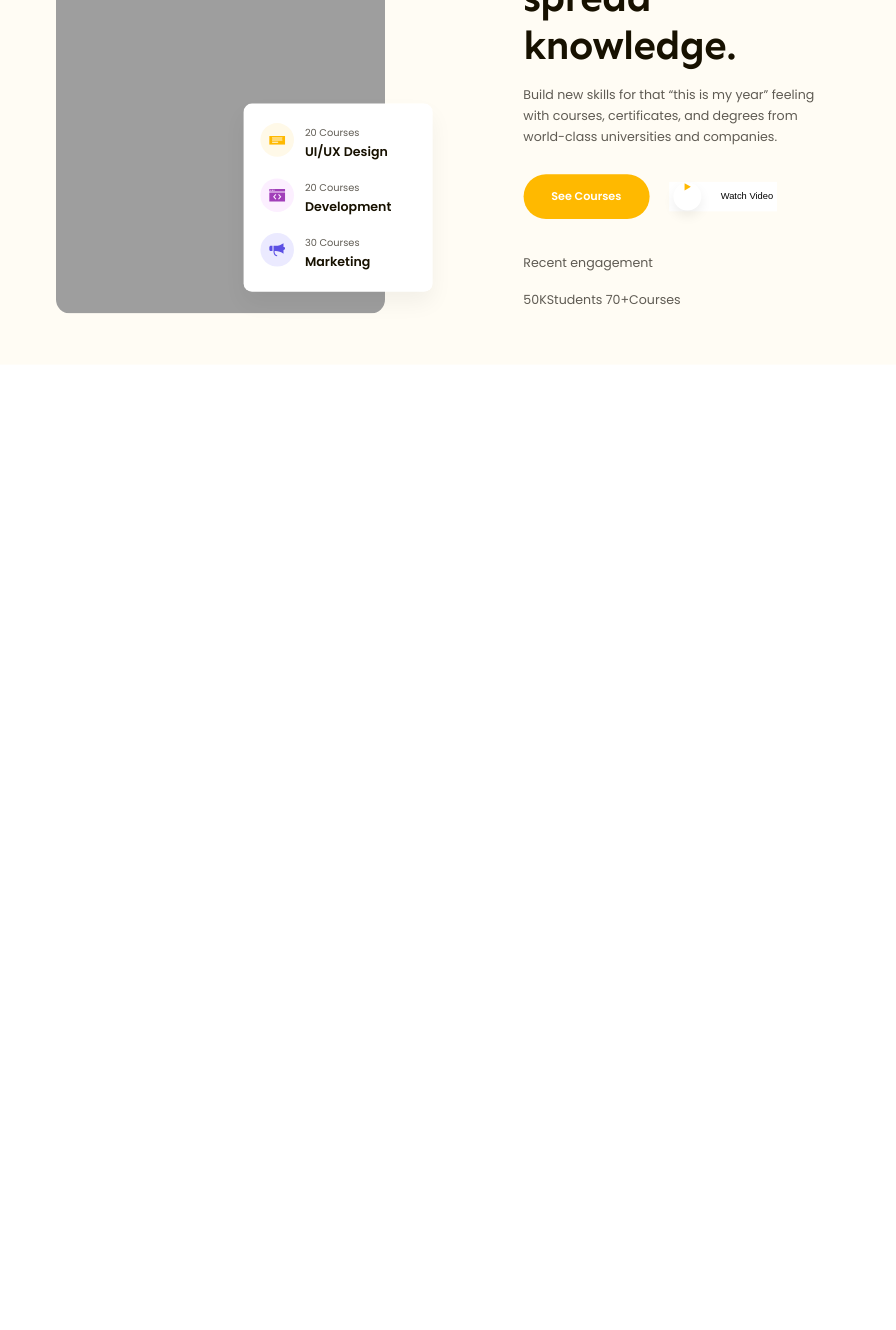
Repository: dovanlanh/f8-project-02
Page: index.html
The author's editor kept a copy of each file at every save. The page is drawn from the files as they stood at one save, then again after the next save.
The browser window is 1280 px wide. The pictures show the part of the page from y = 387 to 2287 px (the page is 10000 px tall), at 70% of full size.
Pictures or frames that could not be fetched are drawn as grey boxes.

Above is the page before, as saved 2023-02-05 11:40:26.

### index.html
<!DOCTYPE html>
<html lang="en">
<head>
    <meta charset="UTF-8">
    <meta http-equiv="X-UA-Compatible" content="IE=edge">
    <meta name="viewport" content="width=device-width, initial-scale=1.0">
    <title>F8 Project 02</title>
    <!-- reset css -->
    <link rel="stylesheet" href="./assets/css/reset.css">
    <!-- embed fonts -->
    <link rel="preconnect" href="https://fonts.googleapis.com">
    <link rel="preconnect" href="https://fonts.gstatic.com" crossorigin>
    <link href="https://fonts.googleapis.com/css2?family=Poppins:ital,wght@0,400;0,500;0,600;0,700;1,400&family=Sen:wght@700&display=swap" rel="stylesheet">
    <!-- style -->
    <link rel="stylesheet" href="./assets/css/styles.css">
</head>
<body>
    <main style=" height: 10000px">
        <!-- header  -->
        <header class="header fixed">
            <div class="main-content">
                    <div class="body">
                        <!-- logo -->
                        <img src="./assets/img/Lesson.svg" alt="Lesson" class="Logo">
                        <!-- nav -->
                        <nav class="nav">
                            <ul>
                                <li class="active">
                                    <a href="#!">Home</a>
                                </li>
                                <li>
                                    <a href="#!">Courses</a>
                                </li>
                                <li>
                                    <a href="#!">Pricing</a>
                                </li>
                                <li>
                                    <a href="#!">Reviews</a>
                                </li>
                            </ul>
                        </nav>
                        <!-- active -->
                        <div class="action">
                            <a href="#!" class="btn sign-up-btn">Sign Up</a>
                        </div>
                    </div>
            </div>
        </header>
        <!-- Hero -->
        <div class="hero">
            <div class="main-content">
                <div class="body">
                    <!-- Hero left -->
                    <div class="media-block">
                        <img src="./assets/img/guy-lesson.svg" alt="" class="img">
                        <div class="hero-summary">
                            <div class="item">
                                <div class="icon">
                                    <img src="./assets/img/list-icon1.svg" alt="">
                                </div>
                                <div class="info">
                                    <p class="label">20 Courses</p>
                                    <p class="tittle">UI/UX Design</p>
                                </div>
                            </div>
                            <div class="item">
                                <div class="icon">
                                    <img src="./assets/img/list-icon2.svg" alt="">
                                </div>
                                <div class="info">
                                    <p class="label">20 Courses</p>
                                    <p class="tittle">Development</p>
                                </div>
                            </div>
                            <div class="item">
                                <div class="icon">
                                    <img src="./assets/img/list-icon3.svg" alt="">
                                </div>
                                <div class="info">
                                    <p class="label">30 Courses</p>
                                    <p class="tittle">Marketing</p>
                                </div>
                            </div>
                        </div>
                    </div>
                    <!-- hero-right -->
                    <div class="content-block">
                        <h1 class="heading">Learn without limits and spread knowledge.</h1>
                        <p class="desc">
                            Build new skills for that “this is my year” feeling with courses, certificates, and degrees from world-class universities and companies.
                        </p>
                            <div class="cta-group">
                                <a href="#!" class="btn hero-cta">See Courses</a>
                                <button class="watch-video">
                                    <div class="icon">
                                        <img src="./assets/img/icon-watch-video.svg" alt="">
                                    </div>
                                    <span>Watch Video</span>
                                </button>
                            </div>
                        <p class="desc">Recent engagement</p>
                        <div class="desc stats">
                            <strong>50K</strong>Students
                            <strong>70+</strong>Courses
                        </div>
                    </div>
                </div>
            </div>
        </div>

    </main>
</body>
</html>

### assets/css/styles.css
* {
    box-sizing: border-box;
}
:root {
    --font-heading: sen, sans-serif;
    --primary-color:#FFB900;
}
html,
body {
    scroll-behavior: smooth;
    font-size: 62.5%;
}

html {
    font-size: 62.5%;
}

body {
    font-size: 1.6rem;
    font-family: 'Poppins', sans-serif;
}

/* common */
a {
    text-decoration: none;
}
.main-content {
    width: 1170px;
    max-width: calc(100% - 48px);
    margin-left: auto;
    margin-right: auto;
}
.btn {
    min-width: 118px;
    display: inline-block;
    padding: 0 16px;
    align-items: center;
    line-height: 50px;
    font-weight: 600;
    font-size: 1.6rem;
    text-align: center;
    color: #FFFFFF;
    background: #171100;
    border-radius: 999px;
}
.btn:hover {
    opacity: 0.9;
}
/* header */
.header {
    background:#FFFCF4;
}
.header.fixed {
    position: sticky;
    top: -32px;
}
.header .body {
    display: flex;
    align-items: center;
    padding: 36px 0 8px;
}
.nav ul {
    display: flex;
}

.nav {
    margin-left: auto;
}
.nav a {
    position: relative;
    padding: 8px 21px;
    font-weight: 400;
    font-size: 1.6rem;
    color: #5F5B53;
}
.nav a:hover,
.nav li.active a {
    text-shadow: 1px 0 0 currentColor;
    color: #171100;
}
.nav li.active a::after {
    left: 21px;
    bottom: 6px;
    display: block;
    content: "";
    position: absolute;
    width: 12px;
    height: 2px;
    background: #171100;
    border-radius: 1px;
}
.header .sign-up-btn {
    min-width: 144px;
}
.header .action {
    margin-left: 49px;
}

/* hero */
.hero {
    padding: 56px;
    background:#FFFCF4;
}
.hero .body {
    display: flex;
}
/* hero left */
.hero .media-block {
    width: 48%;
    position: relative;
}

.hero .media-block .img {
    width: 470px;
    height: 685px;
    object-fit: cover;
    border-radius: 20px;
}
.hero .media-block .hero-summary {
    position: absolute;
    right: 0;
    bottom: 48px;
}
.hero .hero-summary {
    width: 270px;
    padding: 28px 24px;
    background: #FFFFFF;
    box-shadow: 0px 16px 32px rgba(0, 0, 0, 0.05);
    border-radius: 12px;
}
.hero-summary .item {
    display: flex;
}
.hero-summary .icon {
    width: 48px;
    height: 48px;
    border-radius: 50%;
    display: flex;
    align-items: center;
    justify-content: center;
    background: #FFF9E8;
}
.hero-summary .info {
    margin-left: 16px;
}
.hero-summary .label {
    font-weight: 400;
    font-size: 1.4rem;
    line-height: 1.86;
    color: #5F5B53;
}
.hero-summary .tittle {
    font-weight: 600;
    font-size: 1.8rem;
    line-height: 1.67;
    color: #171100;
}
.hero-summary .item + .item {
    margin-top: 22px;
}
.hero-summary .item:nth-of-type(2) .icon {
    background: #FCEFFF;
}
.hero-summary .item:nth-of-type(3) .icon {
    background: #EBEAFF;
}
/* hero right */
.hero .content-block {
    width: 52%;
    padding: 64px 0 0 130px;
}
.hero .content-block .heading {
    font-family: var(--font-heading);
    font-weight: 700;
    font-size: 5.8rem;
    line-height: 1.17;
    letter-spacing: -0.02em;
    color: #171100;
}
.content-block .desc {
    margin: 22px 0;
    font-weight: 400;
    font-size: 1.8rem;
    line-height: 1.67;
    color: #5F5B53;
}
.content-block .cta-group {
    margin: 38px 0 48px;
}
.content-block .cta-group .hero-cta{
    min-width: 180px;
    background-color: var(--primary-color);
    line-height: 64px;
}
.content-block .cta-group {
    display: flex;
    align-items: center;
}
.content-block .cta-group .watch-video {
    margin-left: 28px;
    display: flex;
    align-items: center;
    border: none;
    background: #fff;
}
.cta-group span {
    margin-left: 28px;
}
.cta-group .icon {
    width: 40px;
    height: 40px;
    background: #FFFFFF;
    box-shadow: 0px 8px 16px rgba(0, 0, 0, 0.07);
    border-radius: 50%;
}

Loaded but not shown: assets/css/reset.css (common file)

After the next save:
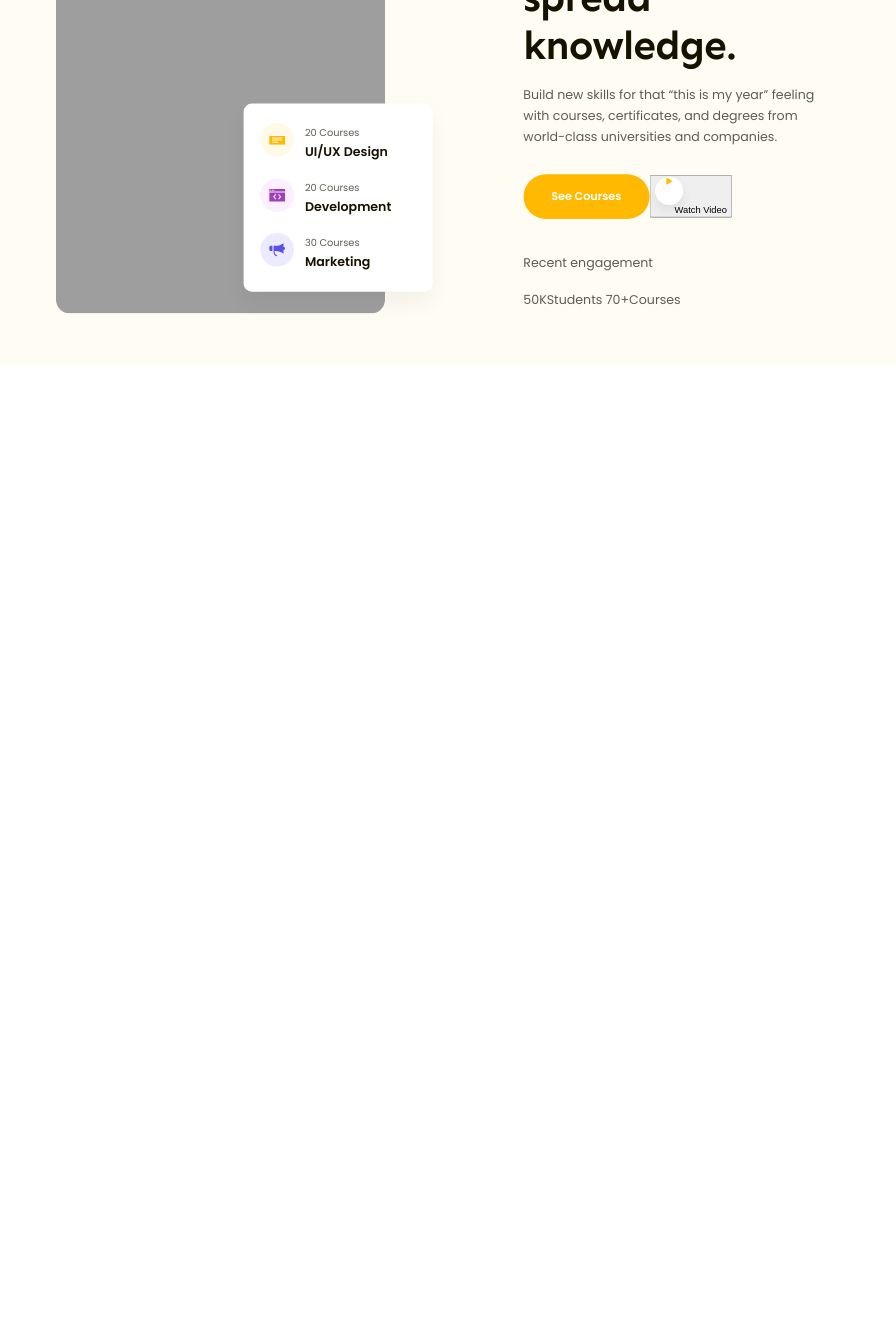
Saved 40 s later.
--- a/assets/css/styles.css
+++ b/assets/css/styles.css
@@ -196,7 +196,7 @@
     display: flex;
     align-items: center;
 }
-.content-block .cta-group .watch-video {
+.hero.watch-video {
     margin-left: 28px;
     display: flex;
     align-items: center;

After the save that followed:
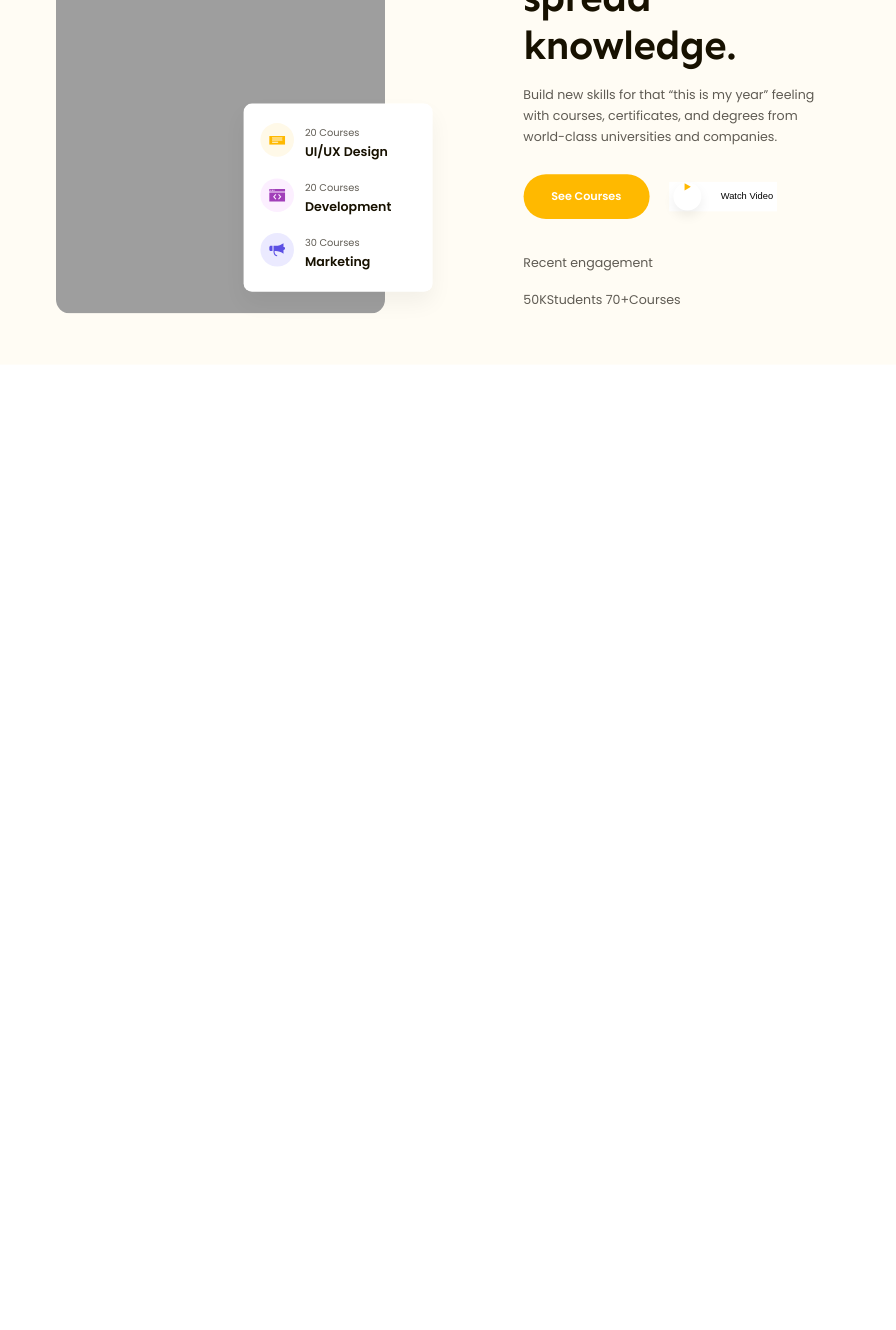
Saved 8 s later.
--- a/assets/css/styles.css
+++ b/assets/css/styles.css
@@ -196,7 +196,7 @@
     display: flex;
     align-items: center;
 }
-.hero.watch-video {
+.hero .watch-video {
     margin-left: 28px;
     display: flex;
     align-items: center;
